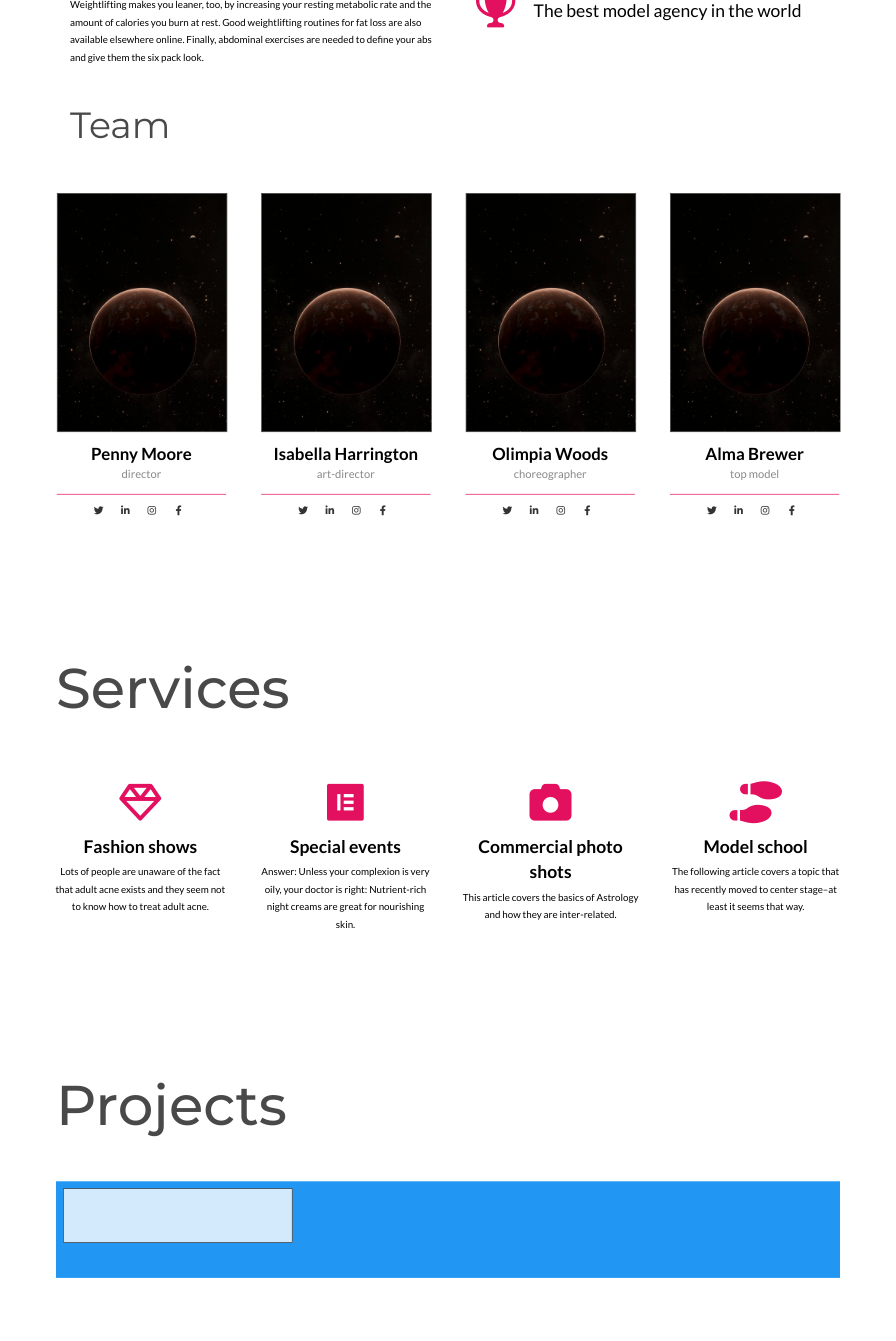
Repository: soniaarefin/cosmo
Page: index.html
The author's editor kept a copy of each file at every save. The page is drawn from the files as they stood at one save, then again after the next save.
The browser window is 1280 px wide. The pictures show the part of the page from y = 1152 to 3072 px (the page is 3067 px tall before and 3072 px after), at 70% of full size.

Above is the page before, as saved 2021-11-09 22:28:34.

After the next save:
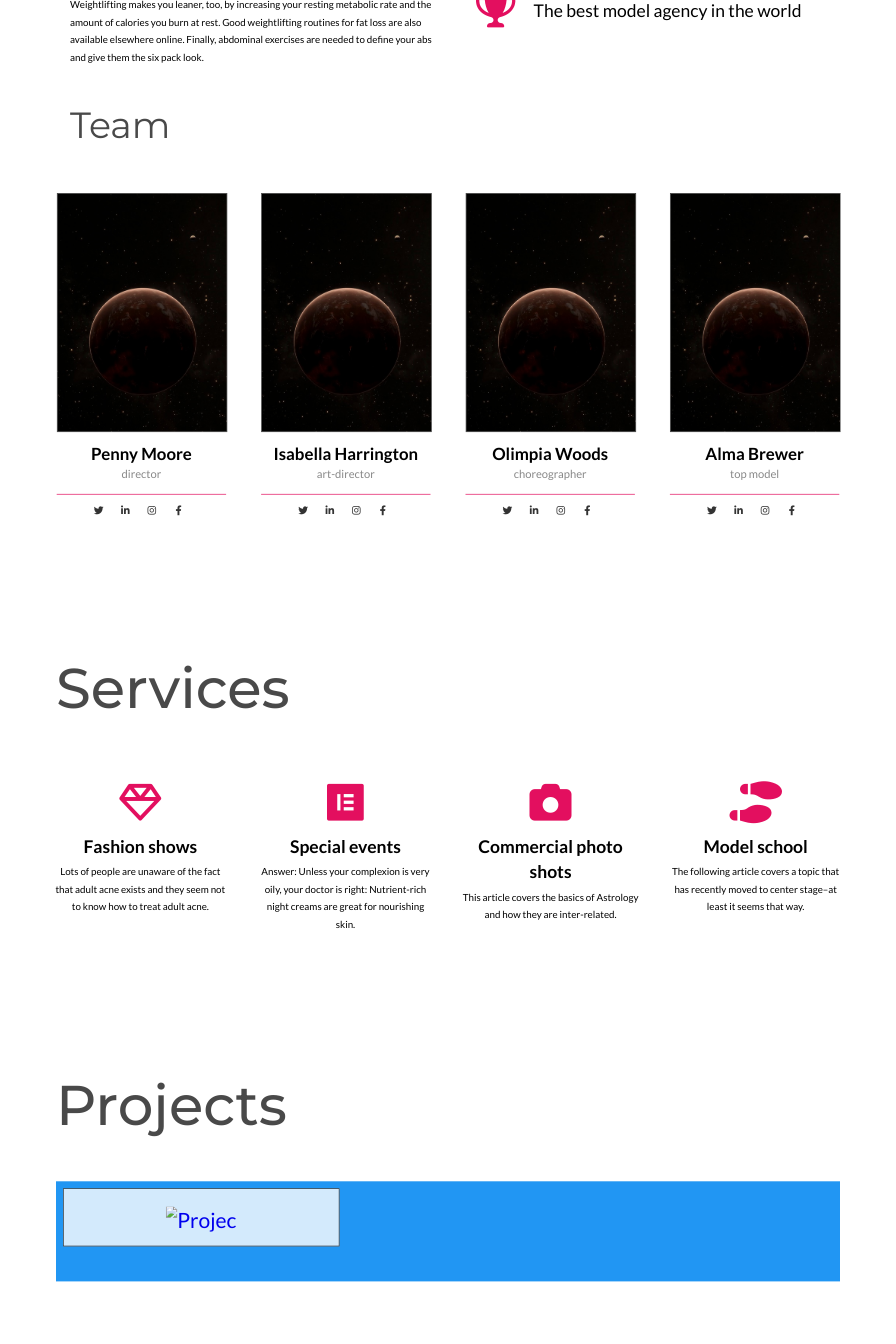
Saved 13 s later.
--- a/index.html
+++ b/index.html
@@ -210,7 +210,7 @@
                 <div class="projects-grid_container">
                     <!-- project item 1 -->
                     <div class="projects-grid_item">
-                        <a href="#"><img src="" alt=""></a>
+                        <a href="#"><img src="" alt="Projec"></a>
                     </div>
                 </div>
             </div>
